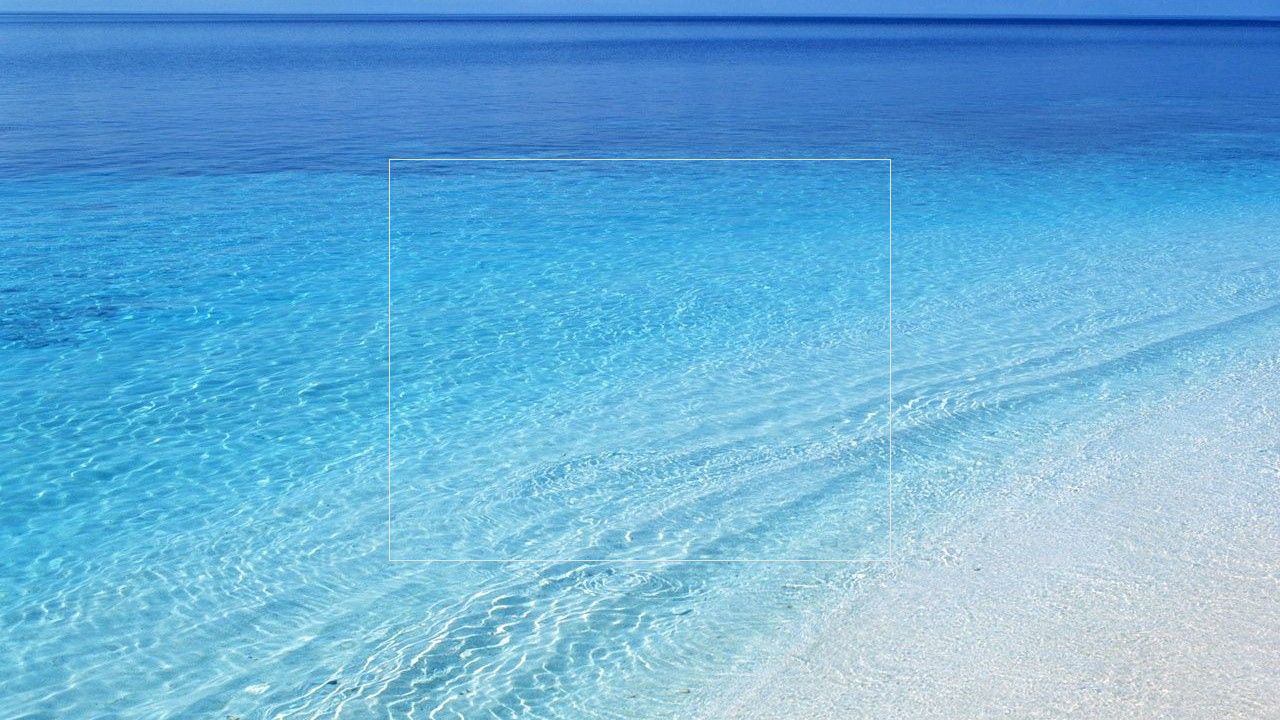
Repository: jinggegeZ/livechat
Page: /login
The author's editor kept a copy of each file at every save. The page is drawn from the files as they stood at one save, then again after the next save.
The browser window is 1280 px wide. The pictures show the whole page.
The project was rebuilt for these pictures with package versions that can differ from the ones it lists, and the page was loaded fresh each time. Also part of the build but not shown: src/views/Home.vue.

Above is the page before, as saved 2020-08-17 15:04:45.

After the next save:
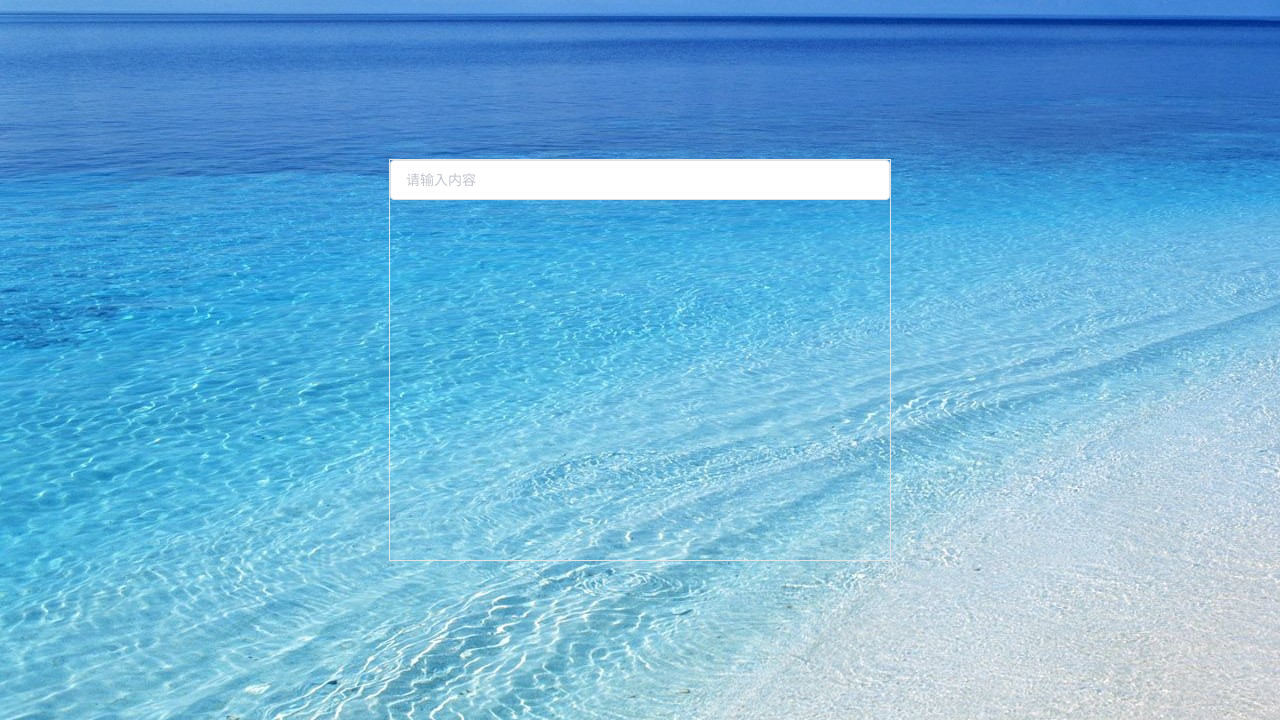
Saved 36 s later.
--- a/src/views/login.vue
+++ b/src/views/login.vue
@@ -4,6 +4,7 @@
           <div class="loginbox">
           <!-- 用户名 -->
           <div class="input">
+            <div><el-input v-model="username" placeholder="请输入内容"></el-input></div>
           </div>
           <!-- 选择头像 -->
           <div></div>
@@ -22,7 +23,7 @@
    },
    data () {
      return {
-
+       username:''
      }
    },
    methods: {
